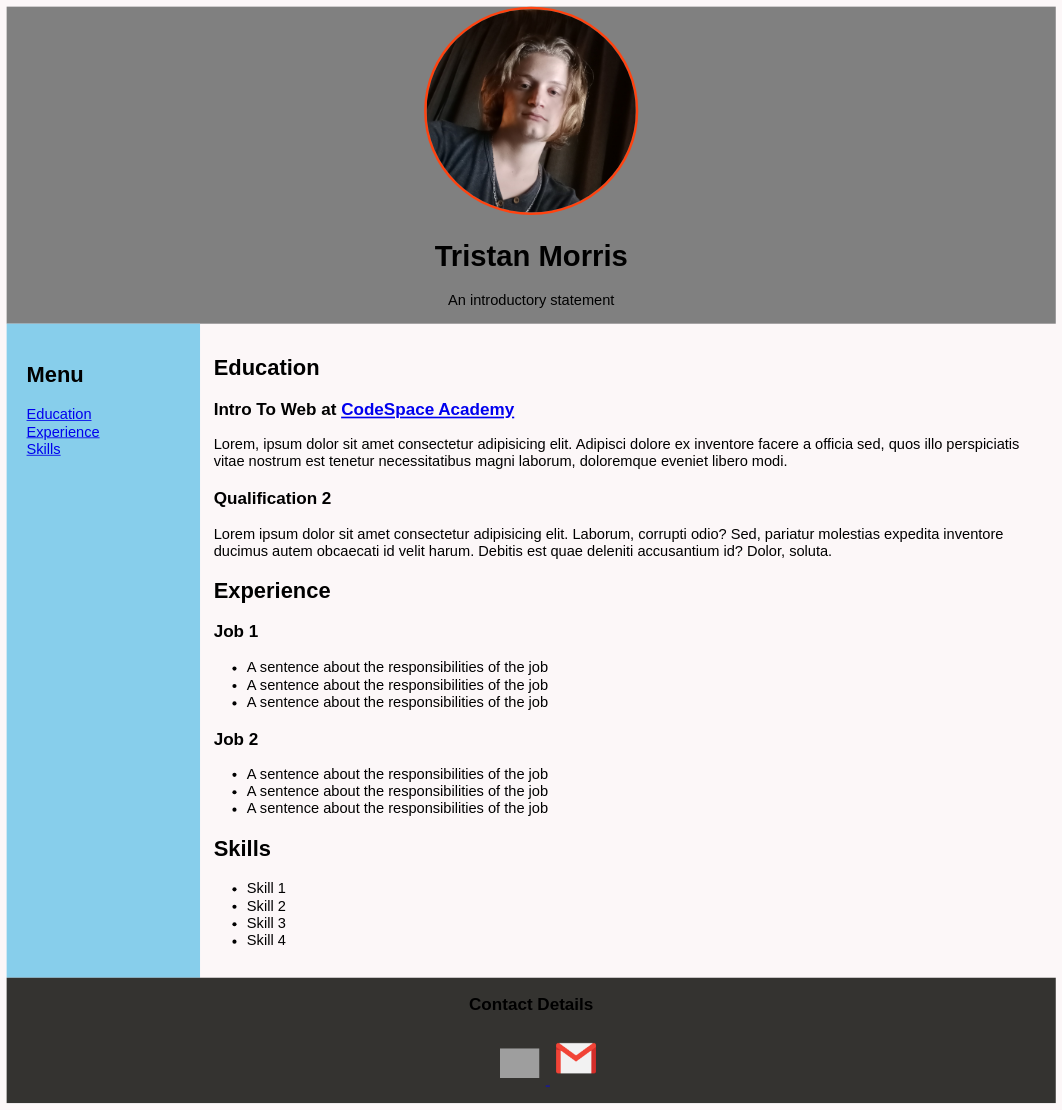
Repository: TristanKMorris/introToWebDesignAssignment
Page: resume1.html
An editor plug-in stored every save of this project. The page is shown before and after the next save, followed by the edit.
The browser window is 1280 px wide. The pictures show the whole page, at 83% of full size.
Pictures or frames that could not be fetched are drawn as grey boxes.

Above is the page before, as saved 2022-06-02 21:02:51.

### resume1.html

<!DOCTYPE html>
<html
  <head>
    <title>My first web page</title>

    <link rel="stylesheet" type="text/css" href="css/stylesheet.css">

  </head>

  <body>

   <header id="heading">
        <img src="images/tristanPortrait.jpg" alt="Tristan Morris Portrait" id="profilePhoto"/>

      <h1>Tristan Morris</h1>
        <p>An introductory statement</p>

    </header>

    <main class="main">

      <div id="sidebar">

        <nav>

          <h2>Menu</h2>

           <ul class="navMenu">
              <li><a href="#education">Education</a></li>
              <li><a href="#experience">Experience</a></li>
              <li><a href="#skills">Skills</a></li>
            </ul>

        </nav>

      </div>

        <div class="content">

          <h2 id="education">Education</h2>

            <h3>Intro To Web at <a href="http://codespace.co.za/" target="_blank">CodeSpace Academy</a> </h3>

             <p>
               Lorem, ipsum dolor sit amet consectetur adipisicing elit. Adipisci dolore
               ex inventore facere a officia sed, quos illo perspiciatis vitae nostrum
               est tenetur necessitatibus magni laborum, doloremque eveniet libero modi.
             </p>

            <h3>Qualification 2</h3>

             <p>
                Lorem ipsum dolor sit amet consectetur adipisicing elit. Laborum, corrupti
                odio? Sed, pariatur molestias expedita inventore ducimus autem obcaecati
                id velit harum. Debitis est quae deleniti accusantium id? Dolor, soluta.
              </p>

          <h2 id="experience">Experience</h2>

            <h3>Job 1</h3>

            <ul>

              <li>A sentence about the responsibilities of the job</li>
              <li>A sentence about the responsibilities of the job</li>
              <li>A sentence about the responsibilities of the job</li>

            </ul>

            <h3>Job 2</h3>

            <ul>

              <li>A sentence about the responsibilities of the job</li>
              <li>A sentence about the responsibilities of the job</li>
              <li>A sentence about the responsibilities of the job</li>

            </ul>

          <h2 id="skills">Skills</h2>

            <ul>
              <li>Skill 1</li>
              <li>Skill 2</li>
              <li>Skill 3</li>
              <li>Skill 4</li>
            </ul>

        </div>

    </main>

    <footer>

      <h3>Contact Details</h3>
      <ul>
          <a href="http://www.instagram.com/tristan_k_morris" target="_blank">
           <img class="icons" src="images/instagramIcon.png" alt="Tristan Morris Instagram">

          </a>

          <a href="http://mail.google.com" target="_blank">
           <img class="icons" src="images/gmailIcon.png" alt="Tristan Morris Email">

          </a>

      </ul>

    </footer>


  </body>
</html>

### css/stylesheet.css
body{
  font-family: sans-serif;
  font-size:110%;
  background-color: #FCF7F8;
  display: flex;
  flex-direction: column;
}

.main{
  display: flex;
  flex-direction: row;
  overflow: unset;
}

#profilePhoto{
  width: 20%;
  height: 20%;
  border-radius: 50%;
  border: 3px solid #ff4310;
}

header {
  text-align: center;
  justify-content: center;
}
#heading{
  font-family: sans-serif;
  font: size 110%;
  background-color: gray;
}

footer {
  background-color: #343330;
  text-align: center;
}
#sidebar{
  width: 25%;
  background-color: skyblue;
  padding: 1.5rem;
  color: black;
}
.navMenu{
  list-style-type: none;
  padding: 0%;
}

.icons{
  width: 3rem;
  margin: 0.5rem;
  height: auto;
}

.content{
  width: auto;
  margin: 1rem;
  height: auto;
}

After the next save:
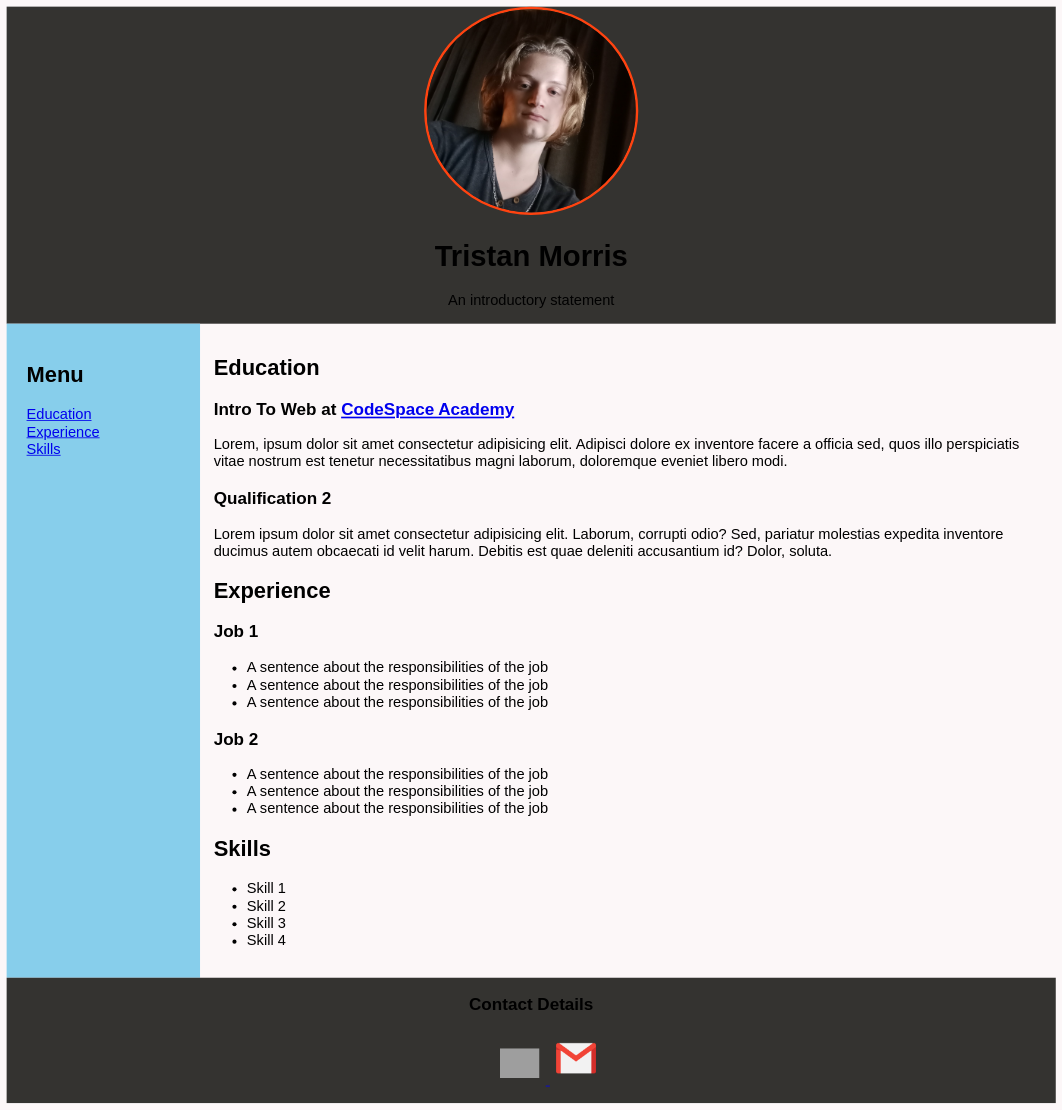
Saved 23 s later.
--- a/css/stylesheet.css
+++ b/css/stylesheet.css
@@ -26,7 +26,7 @@ header {
 #heading{
   font-family: sans-serif;
   font: size 110%;
-  background-color: gray;
+  background-color: #343330;
 }
 
 footer {
